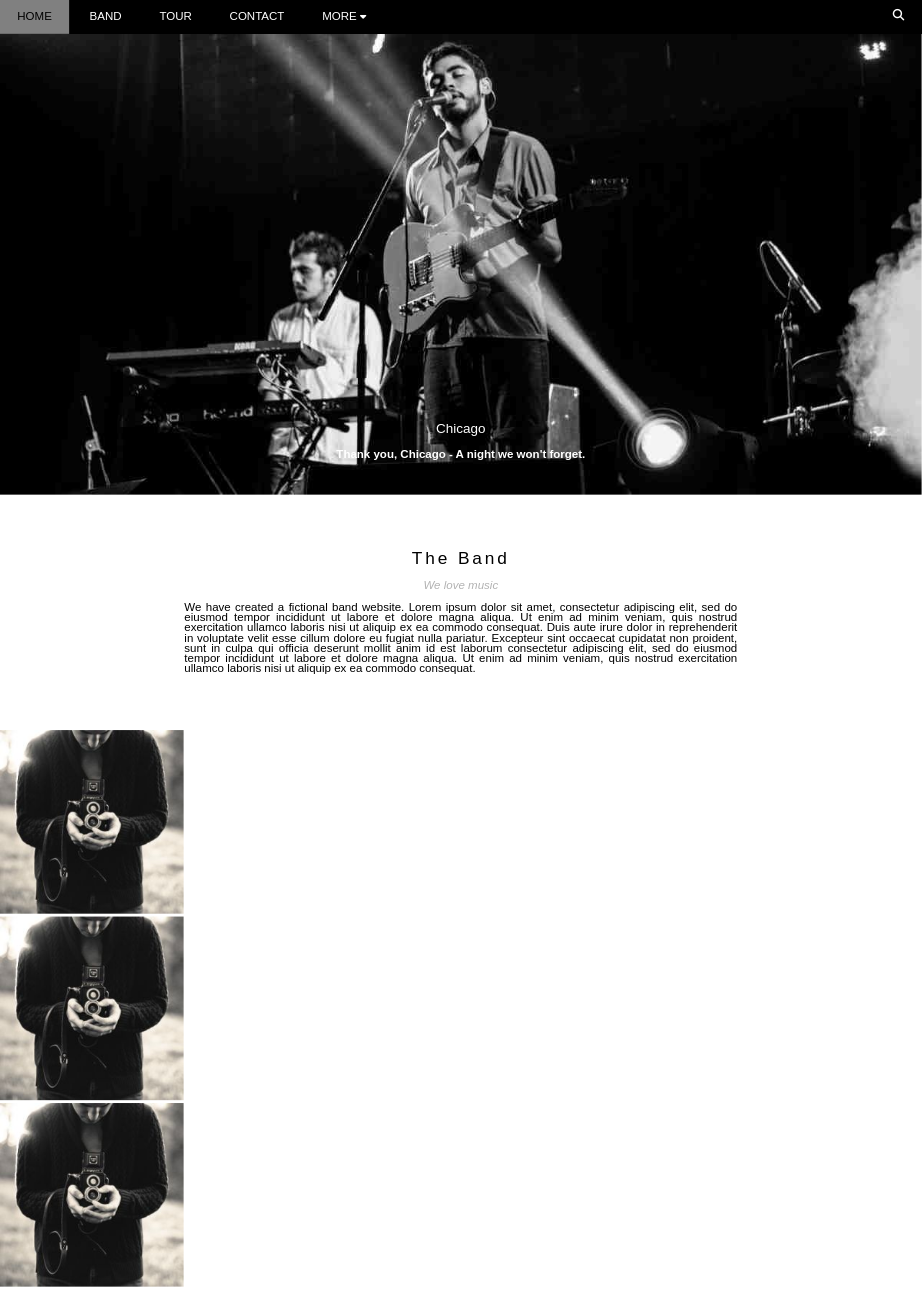
Repository: ngotranphuongbao/theband
Page: index.html
An editor plug-in stored every save of this project. The page is shown before and after the next save, followed by the edit.
The browser window is 1280 px wide. The pictures show the whole page, at 72% of full size.
Some web libraries are served in a nearby version.

Above is the page before, as saved 2022-12-21 08:33:14.

### index.html
<!DOCTYPE html>
<html lang="en">
<head>
    <meta charset="UTF-8">
    <meta http-equiv="X-UA-Compatible" content="IE=edge">
    <meta name="viewport" content="width=device-width, initial-scale=1.0">
    <title>Document</title>
    <link rel="stylesheet" href="./assets/css/style.css">
    <script src="https://kit.fontawesome.com/55a0c61423.js" crossorigin="anonymous"></script>
</head>
<body>
    <div id="main">
        <div id="header">
            <ul id="nav">
                <li><a href="">Home</a></li>
                <li><a href="">Band</a></li>
                <li><a href="">Tour</a></li>
                <li><a href="">Contact</a></li>
                <li>
                    <a href="">
                        More
                        <i class="fa-solid fa-caret-down"></i>
                    </a>
                    <ul id="subnav">
                        <li><a href="">Merchandise</a></li>
                        <li><a href="">Extras</a></li>
                        <li><a href="">Media</a></li>
                    </ul>
                </li>
            </ul>
            <div id="search">
                <i class="fa-solid fa-magnifying-glass"></i>
            </div>
        </div>

        <div id="slider">
            <div id="slider-caption">
                <h3>Chicago</h3>
                <p><b>Thank you, Chicago - A night we won't forget.</b></p>
            </div>

        </div>

        <div id="content">
            <div id="the-band">
                <div class="section-name">
                    <h2 class="section-title">The Band</h2>
                    <p class="section-subtitle">We love music</p>
                </div>
                <p id="the-band-content">We have created a fictional band website. Lorem ipsum dolor sit amet, consectetur adipiscing elit, sed do eiusmod tempor incididunt ut labore et dolore magna aliqua. Ut enim ad minim veniam, quis nostrud exercitation ullamco laboris nisi ut aliquip ex ea commodo consequat. Duis aute irure dolor in reprehenderit in voluptate velit esse cillum dolore eu fugiat nulla pariatur. Excepteur sint occaecat cupidatat non proident, sunt in culpa qui officia deserunt mollit anim id est laborum consectetur adipiscing elit, sed do eiusmod tempor incididunt ut labore et dolore magna aliqua. Ut enim ad minim veniam, quis nostrud exercitation ullamco laboris nisi ut aliquip ex ea commodo consequat.</p>

            </div>

            <div id="member">
                <div class="member-info">
                    <p class="member-name"></p>
                    <img src="/assets/image/member/bandmember.jpg" alt="" class="member-photo">
                </div>

                <div class="member-info">
                    <p class="member-name"></p>
                    <img src="/assets/image/member/bandmember.jpg" alt="" class="member-photo">
                </div>

                <div class="member-info">
                    <p class="member-name"></p>
                    <img src="/assets/image/member/bandmember.jpg" alt="" class="member-photo">
                </div>
            </div>

            <div id="tour-dates">

            </div>

            <div id="contact">

            </div>

            <div id="picture">

            </div>

        </div>

        <div id="footer">

        </div>
    </div>

</body>
</html>

### assets/css/style.css
* {
    padding: 0px;
    margin: 0px;
    box-sizing: border-box;
}

html {
    font-family: Arial, Helvetica, sans-serif;
}

#main {

}

#header {
    height: 46.5px;
    background-color: black;
    position: fixed;
    top: 0px;
    left: 0px;
    right: 0px;
    z-index: 1;
}
#nav {
    display: inline-block;
}

#nav > li {
    display: inline-block;
    padding: 12px 24px;
    position: relative;
}

#nav > li > a {
    line-height: 22.5px;
    text-decoration: none;
    text-transform: uppercase;
    color: white;
}

#nav > li:hover {
    background-color: grey;
}

#nav > li:hover > a {
    color: black;
}

#subnav {
    display: none;
    position: absolute;
    top: 46.5px;
    left: 0px;
    box-shadow: 0px 0px 10px rgba(0, 0, 0, 0.3);
}

#subnav > li {
    display: block;
    padding: 8px 16px;
}

#subnav > li:hover {
    background-color: grey;
}

#subnav > li > a {
    text-decoration: none;
    color: black;
}

#nav > li:hover #subnav {
    display: block;
}

.fa-caret-down {
    font-size: 14px;
}

#search {
    padding: 12px 24px;
    float: right;
    cursor: pointer;
}

#search:hover {
    background-color: red;
}

.fa-magnifying-glass {
    line-height: 22.5px;
    color: white;
}

#slider {
    margin-top: 46.5px;
    padding-top: 50%;
    background: url(/assets/image/slider/chicago.jpg) top center / cover no-repeat;
    position: relative;

}

#slider-caption {
    position: absolute;
    bottom: 0px;
    width: 100%;
    padding: 32px 16px;
    text-align: center;
}

#slider-caption h3 {
    color: white;
    font-weight: 400;
    margin: 10px;
}

#slider-caption p {
    color: white;
    margin: 15px;
}

#content {

}

#the-band {
    width: 800px;
    padding: 64px 16px;
    margin: auto;
}

.section-name {
    text-align: center;
}

.section-name .section-title {
    margin: 10px;
    letter-spacing: 4px;
    font-weight: 400;
}

.section-name .section-subtitle {
    margin: 15px;
    font-style: italic;
    opacity: 0.3;
}

#the-band-content {
    margin-bottom: 15px;
    text-align: justify;
    line-height: 14px;
}



#footer {

}

After the next save:
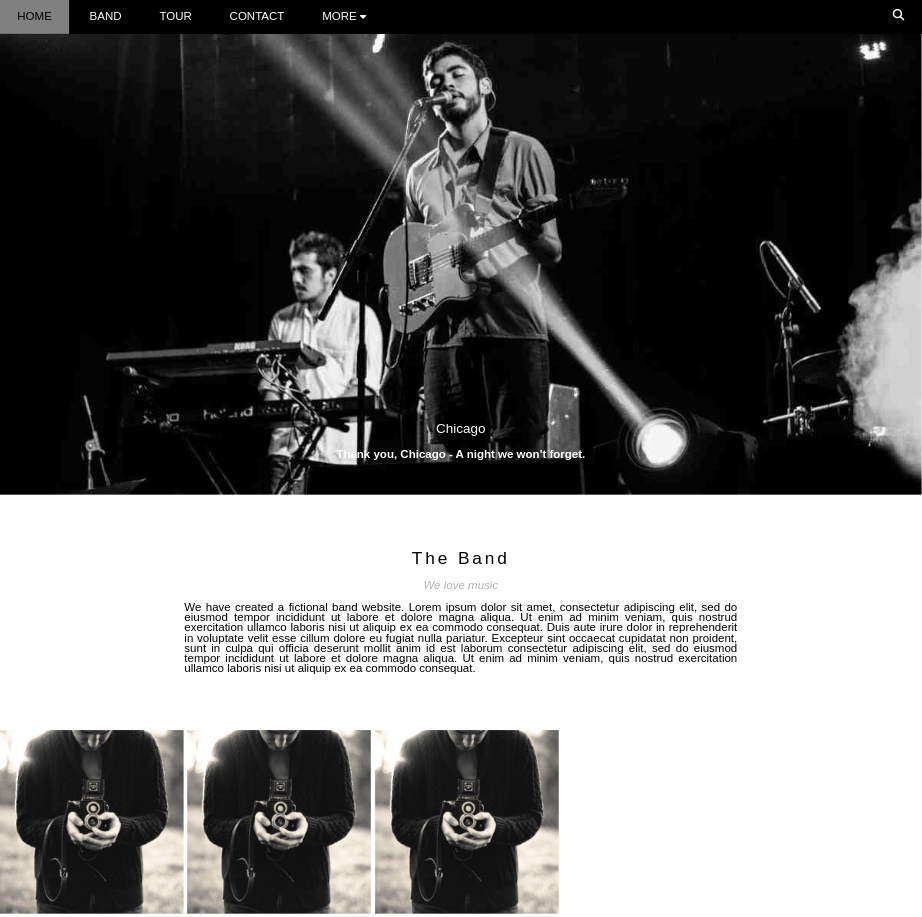
Saved 3 min 30 s later.
--- a/assets/css/style.css
+++ b/assets/css/style.css
@@ -150,7 +150,11 @@ html {
     line-height: 14px;
 }
 
-
+.member-info {
+    display: inline-block;
+    width: 255.988px;
+    height: 222.087px;
+}
 
 #footer {
 
